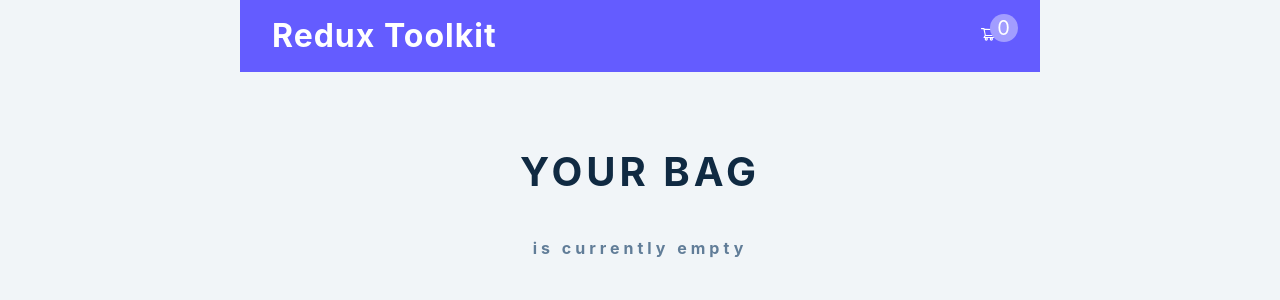
Repository: Nurlan-Bakenbaev/ReduxToolit
Page: /
These files come from the project's save history. The page is drawn as it stood at one moment and after the next save; the edit follows.
The browser window is 1280 px wide. The pictures show the whole page.
The project was rebuilt for these pictures with package versions that can differ from the ones it lists, and the page was loaded fresh each time.

Above is the page before, as saved 2023-11-08 16:38:34.

### src/index.js
import React from "react";
import { createRoot } from "react-dom/client";
import "./index.css";
import App from "./App";
import store from "./redux/store";
import { Provider } from "react-redux";
const container = document.getElementById("root");
const root = createRoot(container);

root.render(
  <React.StrictMode>
    <Provider store={store}>
      <App />
    </Provider>
  </React.StrictMode>
);

### src/index.css
/*
===============
Variables
===============
*/

:root {
  --clr-primary: #645cff;
  --clr-primary-dark: #282566;
  --clr-primary-light: #a29dff;
  --clr-grey-1: #102a42;
  --clr-grey-5: #617d98;
  --clr-grey-10: #f1f5f8;
  --clr-white: #fff;
  --clr-red-dark: hsl(360, 67%, 44%);
  --clr-red-light: hsl(360, 71%, 66%);
  --transition: all 0.3s linear;
  --spacing: 0.25rem;
  --radius: 0.25rem;
  --large-screen-width: 1170px;
  --small-screen-width: 90vw;
  --fixed-width: 50rem;
}
* {
  margin: 0;
  padding: 0;
  box-sizing: border-box;
}
body {
  font-family: -apple-system, BlinkMacSystemFont, 'Segoe UI', Roboto, Oxygen,
    Ubuntu, Cantarell, 'Open Sans', 'Helvetica Neue', sans-serif;
  background: var(--clr-grey-10);
  color: var(--clr-grey-1);
  line-height: 1.5;
  font-size: 0.875rem;
}
a {
  text-decoration: none;
}
img {
  width: 100%;
  display: block;
}
h1,
h2,
h3,
h4 {
  letter-spacing: var(--spacing);
  text-transform: capitalize;
  line-height: 1.25;
  margin-bottom: 0.75rem;
}
h1 {
  font-size: 3rem;
}
h2 {
  font-size: 2rem;
}
h3 {
  font-size: 1.5rem;
}
h4 {
  font-size: 0.875rem;
}
p {
  margin-bottom: 1.25rem;
}
@media screen and (min-width: 800px) {
  h1 {
    font-size: 4rem;
  }
  h2 {
    font-size: 2.5rem;
  }
  h3 {
    font-size: 2rem;
  }
  h4 {
    font-size: 1rem;
  }
  body {
    font-size: 1rem;
  }
  h1,
  h2,
  h3,
  h4 {
    line-height: 1;
  }
}
/* more global css */

.btn {
  text-transform: uppercase;
  background: var(--clr-primary);
  color: var(--clr-white);
  padding: 0.375rem 0.75rem;
  letter-spacing: var(--spacing);
  display: inline-block;
  font-weight: 700;
  transition: var(--transition);
  font-size: 0.875rem;
  border: none;
  cursor: pointer;
  box-shadow: 0 1px 3px rgba(0, 0, 0, 0.2);
}
.btn:hover {
  color: var(--clr-primary);
  background: var(--clr-primary-light);
}

/*
===============
Navbar
===============
*/
.loading {
  text-align: center;
  margin-top: 5rem;
}
nav {
  background: var(--clr-primary);
  padding: 1.25rem 2rem;
}
.nav-center {
  max-width: var(--fixed-width);
  width: 100%;
  margin: 0 auto;
  display: flex;
  justify-content: space-between;
  align-items: center;
}
nav h3 {
  margin-bottom: 0;
  letter-spacing: 1px;
  color: var(--clr-white);
}
.nav-container {
  display: block;
  position: relative;
}

nav svg {
  width: 40px;
  color: var(--clr-white);
}
.amount-container {
  position: absolute;
  top: -0.6rem;
  right: -0.6rem;
  width: 1.75rem;
  height: 1.75rem;
  border-radius: 50%;
  background: var(--clr-primary-light);
  display: flex;
  align-items: center;
  justify-content: center;
}
.total-amount {
  color: var(--clr-white);
  margin-bottom: 0;
  font-size: 1.25rem;
}
/*
===============
Cart
===============
*/
.cart {
  min-height: calc(100vh - 120px);
  width: 90vw;
  margin: 0 auto;
  margin-top: 40px;
  padding: 2.5rem 0;
  max-width: var(--fixed-width);
}
.cart h2 {
  text-transform: uppercase;
  text-align: center;
  margin-bottom: 3rem;
}
.empty-cart {
  text-transform: lowercase;
  color: var(--clr-grey-5);
  margin-top: 1rem;
  text-align: center;
}
.cart footer {
  margin-top: 4rem;
  text-align: center;
}
.cart-total h4 {
  text-transform: capitalize;
  display: flex;
  justify-content: space-between;
  margin-top: 1rem;
}
.clear-btn,
.confirm-btn {
  background: transparent;
  padding: 0.5rem 1rem;
  color: var(--clr-red-dark);
  border: 1px solid var(--clr-red-dark);
  margin-top: 2.25rem;
  border-radius: var(--radius);
}
.clear-btn:hover {
  background: var(--clr-red-light);
  color: var(--clr-red-dark);
  border-color: var(--clr-red-light);
}
.confirm-btn {
  border-color: var(--clr-primary);
  color: var(--clr-primary);
}
/*
===============
Cart Item
===============
*/
.cart-item {
  display: grid;
  align-items: center;
  grid-template-columns: auto 1fr auto;
  grid-column-gap: 1.5rem;
  margin: 1.5rem 0;
}
.cart-item img {
  width: 5rem;
  height: 5rem;
  object-fit: cover;
}
.cart-item h4 {
  margin-bottom: 0.5rem;
  font-weight: 500;
  letter-spacing: 2px;
}
.item-price {
  color: var(--clr-grey-5);
}
.remove-btn {
  color: var(--clr-primary);
  letter-spacing: var(--spacing);
  cursor: pointer;
  font-size: 0.85rem;
  background: transparent;
  border: none;
  margin-top: 0.375rem;
  transition: var(--transition);
}
.remove-btn:hover {
  color: var(--clr-primary-light);
}
.amount-btn {
  width: 24px;
  background: transparent;
  border: none;
  cursor: pointer;
}
.amount-btn svg {
  color: var(--clr-primary);
}
.amount-btn:hover svg {
  color: var(--clr-primary-light);
}
.amount {
  text-align: center;
  margin-bottom: 0;
  font-size: 1.25rem;
  line-height: 1;
}
hr {
  background: var(--clr-grey-5);
  border-color: transparent;
  border-width: 0.25px;
}

.modal-container {
  position: fixed;
  top: 0;
  left: 0;
  width: 100%;
  height: 100%;
  background: rgba(0, 0, 0, 0.7);
  z-index: 10;
  display: flex;
  align-items: center;
  justify-content: center;
}

.modal {
  background: var(--clr-white);
  width: 80vw;
  max-width: 400px;
  border-radius: var(--radius);
  padding: 2rem 1rem;
  text-align: center;
}
.modal h4 {
  margin-bottom: 0;
  line-height: 1.5;
}
.modal .clear-btn,
.modal .confirm-btn {
  margin-top: 1rem;
}
.btn-container {
  display: flex;
  justify-content: space-around;
}

### src/App.js
import React from "react";
import Navbar from "./components/Navbar";
import CartContainer from "./components/CartContainer";
function App() {
  return (
    <div>
      <Navbar />
      <CartContainer />
    </div>
  );
}
export default App;

### src/redux/store.js
import { configureStore } from "@reduxjs/toolkit";
import cartReducer from "./features/cartSlice";
const store = configureStore({
  reducer: {
    cart: cartReducer },
});
export default store;

### src/components/Navbar.js
import React from "react";
import { AiOutlineShoppingCart } from "react-icons/ai";
import { useSelector } from "react-redux";
const Navbar = () => {
  const { amount } = useSelector((store) => store.cart);
  console.log(useSelector((store) => store.cart[0]));
  return (
    <nav className="nav-center">
      <h3> Redux Toolkit</h3>
      <div className="nav-container">
        <AiOutlineShoppingCart />
        <div className="amount-container">
          <p className="total-amount">{amount}</p>
        </div>
      </div>
    </nav>
  );
};
export default Navbar;

### src/components/CartContainer.js
import React from "react";
import Cartitem from "./Cartitem";
import { useSelector } from "react-redux";

const CartContainer = () => {
  const { cartitem, total, amount } = useSelector((state) => state.cart);
  if (amount < 1) {
    return (
      <section className="cart">
        <header>
          <h2>Your Bag </h2>
          <h4 className="empty-cart">is currently empty</h4>
        </header>
      </section>
    );
  }

  return (
    <div>
      <Cartitem />
    </div>
  );
};

export default CartContainer;

### src/redux/features/cartSlice.js
import { createSlice } from "@reduxjs/toolkit";
import cartItems from "../../cartItems";
const initialState = {
  cartItems: cartItems,
  amount: 0,
  total: 0,
  isLoading: true,
};
const cartSlice = createSlice({
  name: "cart",
  initialState,
});
export default cartSlice.reducer;

### src/cartItems.js
const cartItems = [
  {
    id: 'rec1JZlfCIBOPdcT2',
    title: 'Samsung Galaxy S8',
    price: '399.99',
    img: 'https://images2.imgbox.com/c2/14/zedmXgs6_o.png',
    amount: 1,
  },
  {
    id: 'recB6qcHPxb62YJ75',
    title: 'google pixel',
    price: '499.99',
    img: 'https://images2.imgbox.com/fb/3d/O4TPmhlt_o.png',
    amount: 1,
  },
  {
    id: 'recdRxBsE14Rr2VuJ',
    title: 'Xiaomi Redmi Note 2',
    price: '699.99',
    img: 'https://images2.imgbox.com/4f/3d/WN3GvciF_o.png',
    amount: 1,
  },
  {
    id: 'recwTo160XST3PIoW',
    title: 'Samsung Galaxy S7',
    price: '599.99 ',
    img: 'https://images2.imgbox.com/2e/7c/yFsJ4Zkb_o.png',
    amount: 1,
  },
];
export default cartItems;

### src/components/Cartitem.js
import React from 'react'

 const Cartitem = () => {
  return (
    <div>Cartitem</div>
  )
}
export default Cartitem

Loaded but not shown: public/index.html (common file)

After the next save:
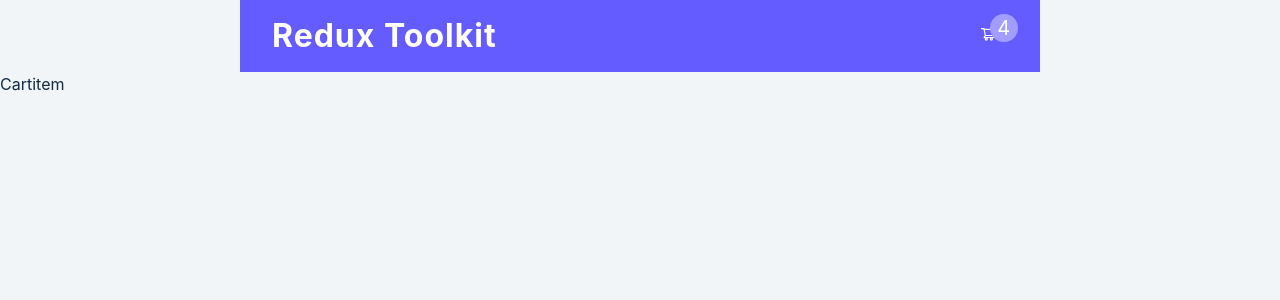
Saved 29 s later.
--- a/src/redux/features/cartSlice.js
+++ b/src/redux/features/cartSlice.js
@@ -2,7 +2,7 @@
 import cartItems from "../../cartItems";
 const initialState = {
   cartItems: cartItems,
-  amount: 0,
+  amount: 4,
   total: 0,
   isLoading: true,
 };
